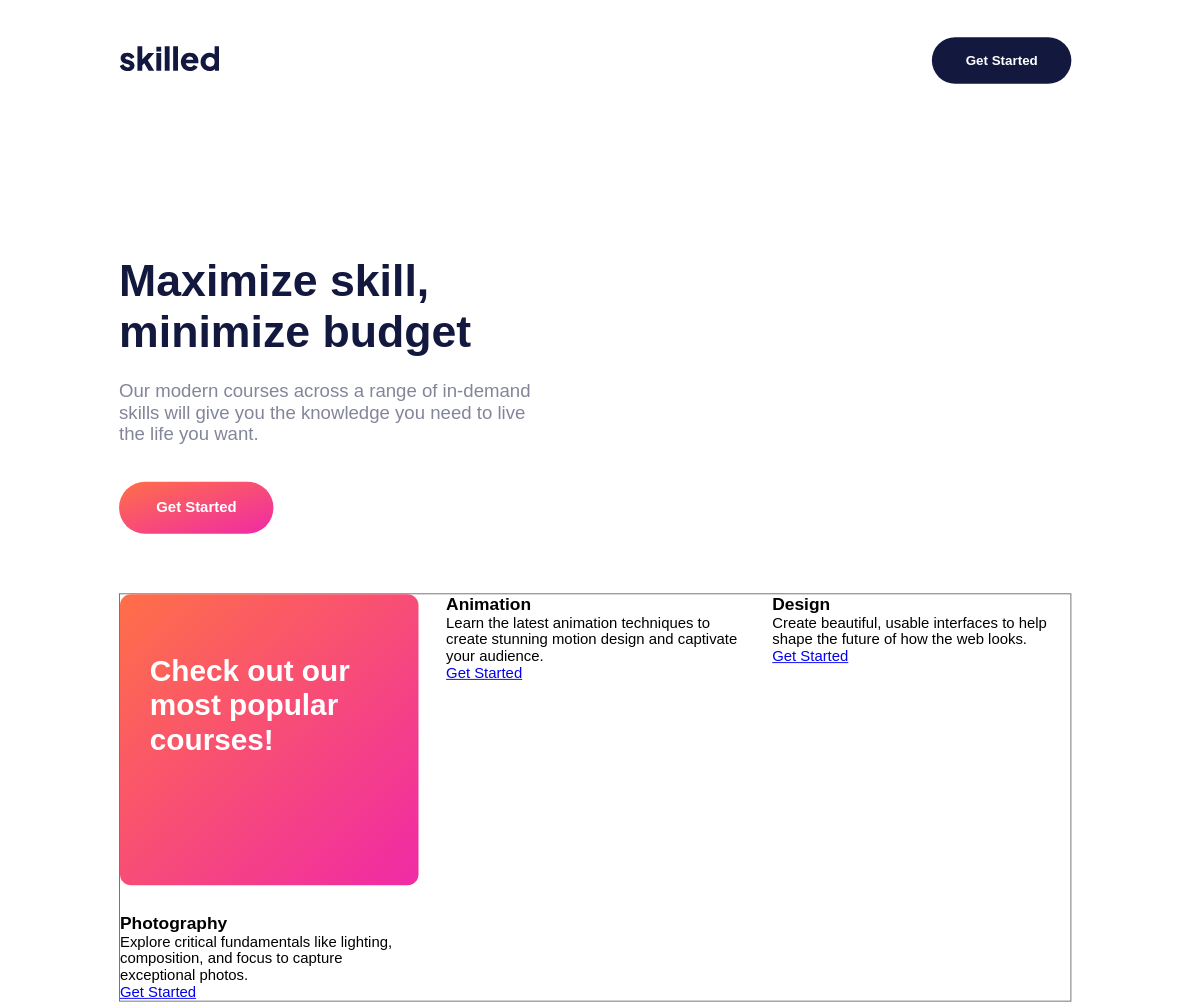
Repository: exe-walt/E-Learning-Landing-Page
Page: index.html
An editor plug-in stored every save of this project. The page is shown before and after the next save, followed by the edit.
The browser window is 1280 px wide. The pictures show the whole page, at 93% of full size.
Some web fonts or font styles are not loaded; a fallback is used.

Above is the page before, as saved 2025-05-29 12:34:27.

### index.html
<!DOCTYPE html> <!-- Document type declaration for HTML5 -->
<html lang="en">
<head>
  <meta charset="UTF-8"> <!-- Character encoding set to UTF-8 -->
  <meta name="viewport" content="width=device-width, initial-scale=1.0"> <!-- Responsive design meta tag -->
  <title>Skilled E-Learning Page</title> <!-- Page title -->
  <link rel="stylesheet" href="css/style.css"> <!-- Link to external CSS file -->
  <link href="https://fonts.cdnfonts.com/css/plus-jakarta-sans" rel="stylesheet"> <!-- Import custom font -->
</head>
<body>
  <div class="content-container"> <!-- Main content container -->

    <!-- NAVBAR SECTION -->
    <div class="navbar">
      <ul>
        <li id="logo">
          <img src="img/skilled-logo.svg" alt="logo">
        </li>
        <li class="navbar-btn">
          <button>Get Started</button> <!-- Call-to-action button -->
        </li>
      </ul>
    </div>

    <!-- HERO SECTION -->
    <div class="hero-section">
      <div class="hero-text">
        <h1>Maximize skill, <br>minimize budget</h1>

        <p>
          Our modern courses across a range of in-demand <br> skills will give you the knowledge you need to live <br> the life you want.
        </p>

        <button class="grad-btn1">Get Started</button>
      </div>
    </div>

    <!--Popular Courses Cards-->
    <div class="cc"> <!--Courses-Container top-->
      <div class="main-left">
        <p>Check out our <br>most popular <br>courses! </p>
      </div>
      <div class="animation-card">
        <h3>Animation</h3>
          <p>Learn the latest animation techniques to create stunning motion design and captivate your audience.</p>
            <a href="#">Get Started</a>
      </div>
      <div class="design-card">
        <h3>Design</h3>
          <p>Create beautiful, usable interfaces to help shape the future of how the web looks.</p>
            <a href="#">Get Started</a>
      </div>
      <div class="photography">
        <h3>Photography</h3>
          <p>Explore critical fundamentals like lighting, composition, and focus to capture exceptional photos.</p>
            <a href="#">Get Started</a>
      </div>
      <div class="crypto">

      </div>
      <div class="business"></div>
    </div>




  </div>

</body>
</html>

### css/style.css
* {
  box-sizing: border-box;
  margin: 0;
  padding: 0;
  font-family: "Plus Jakarta Sans", sans-serif;
}

.navbar, .hero-section{
  background-image: url(../img/Group19.png);
}

body {
  font-family: "Plus Jakarta Sans", sans-serif;
  margin: 0;
  display: flex;
  justify-content: center;
  align-items: center;
}

.content-container {
  background-color: #ffffff;
  max-width: 75em;
  width: 80%;
  height: auto;
  margin: 0 auto;
}

.navbar {
  display: flex;
  justify-content: space-between;
  align-items: center;
  background-color: white;
  margin-top: 2.5em;
}

.navbar ul {
  display: flex;
  align-items: center;
  justify-content: space-between;
  width: 100%;
  list-style: none;
}

#logo img {
  height: 1.75em;
  width: auto;
}

.navbar-btn button {
  background-color: #13183f;
  color: white;
  width: 10.4em;
  height: 3.5em;
  border: none;
  border-radius: 1.8em;
  padding: 0.6rem 1.5rem;
  font-weight: 600;
  font-size: 0.9rem;
  cursor: pointer;
  transition: background-color 0.3s ease;
}

.navbar-btn button:hover {
  background-color: #666CA3;
}

.hero-section {
  display: flex;
}

.hero-text {
  margin-top: 11.5em;
}

.hero-text h1 {
  font-weight: 800; /* ExtraBold */
  font-size: 3rem;
  color: #13183f;
}

.hero-text p {
  font-weight: 400; /* Medium */
  font-size: 1.25rem;
  color: #83869a;
  padding-top: 1.25em;
}

.grad-btn1{
  width: 10.4em;
  height: 3.5em;
  border: none;
  border-radius: 1.8em;
  color: white;
  font-weight: 700;
  font-size: 1em;
  padding: 0.6rem 1.5rem;
  margin-top: 2.5em;
  background: linear-gradient(to bottom right, #FF6F48, #F02AA6);
}

.cc{
  display: grid;
  gap: 10px 20px;
  grid-template-columns: repeat(3, 1fr);
  gap: 30px;
  border: 1px solid #6d6d6d;
  margin-top: 4em;
  background: linear-gradient(to bottom right, #FFFFFF, F0F1FF);
}


.main-left{
  border-radius: 12px;
  background: linear-gradient(to bottom right, #FF6F48, #F02AA6);; /* apply this gradient (#FF6F48 - F02AA6) */
}

.main-left p{
  font-size: 2em;
  font-weight: bolder;
  color: white;
  padding-top: 64px;
  padding-left: 32px;
  padding-right: 32px;
  padding-bottom: 138px;
  justify-content: center;
}

After the next save:
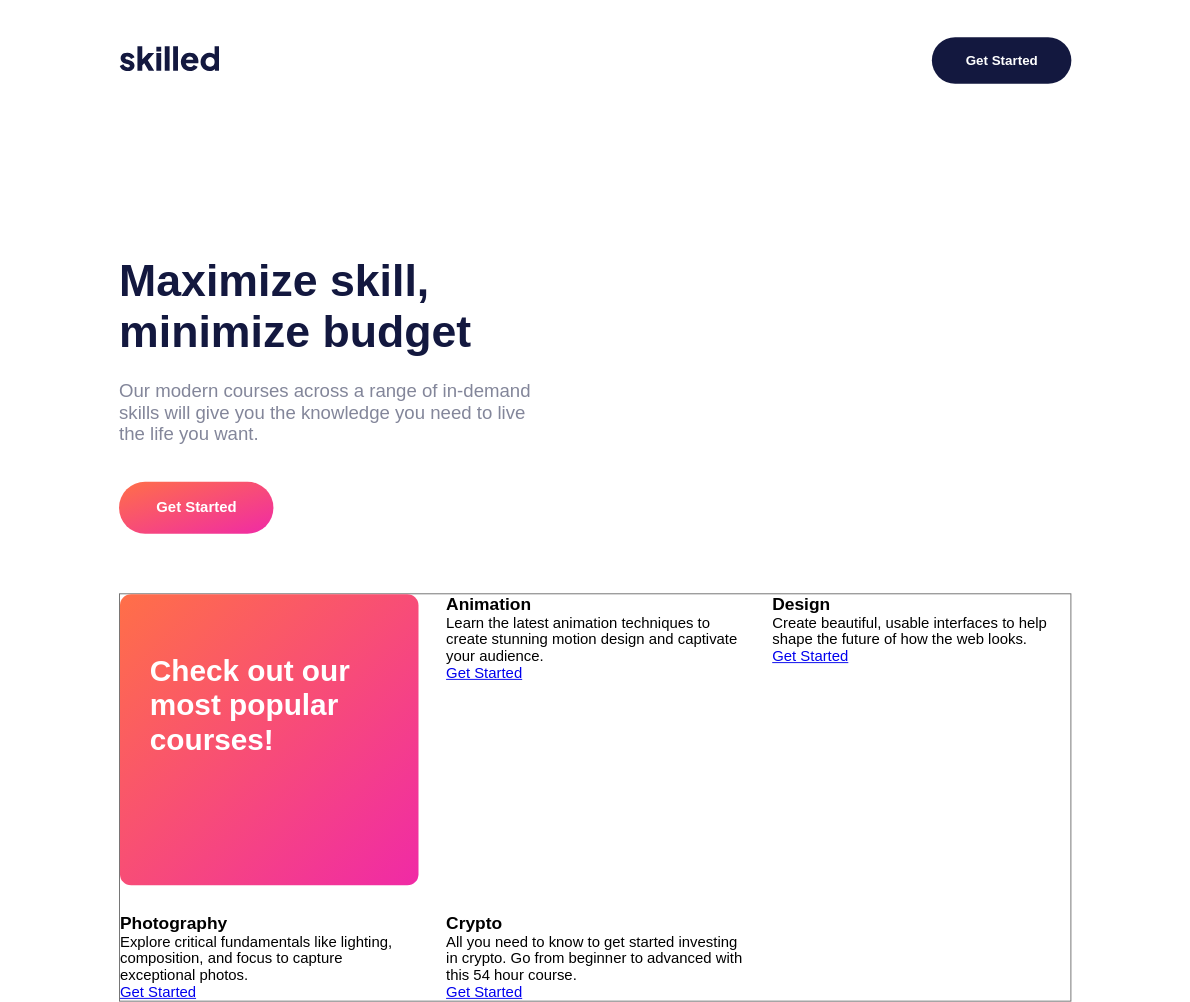
Saved 13 s later.
--- a/index.html
+++ b/index.html
@@ -56,7 +56,9 @@
             <a href="#">Get Started</a>
       </div>
       <div class="crypto">
-
+        <h3>Crypto</h3>
+  <p>All you need to know to get started investing in crypto. Go from beginner to advanced with this 54 hour course.</p>
+  <a href="#">Get Started</a>
       </div>
       <div class="business"></div>
     </div>
